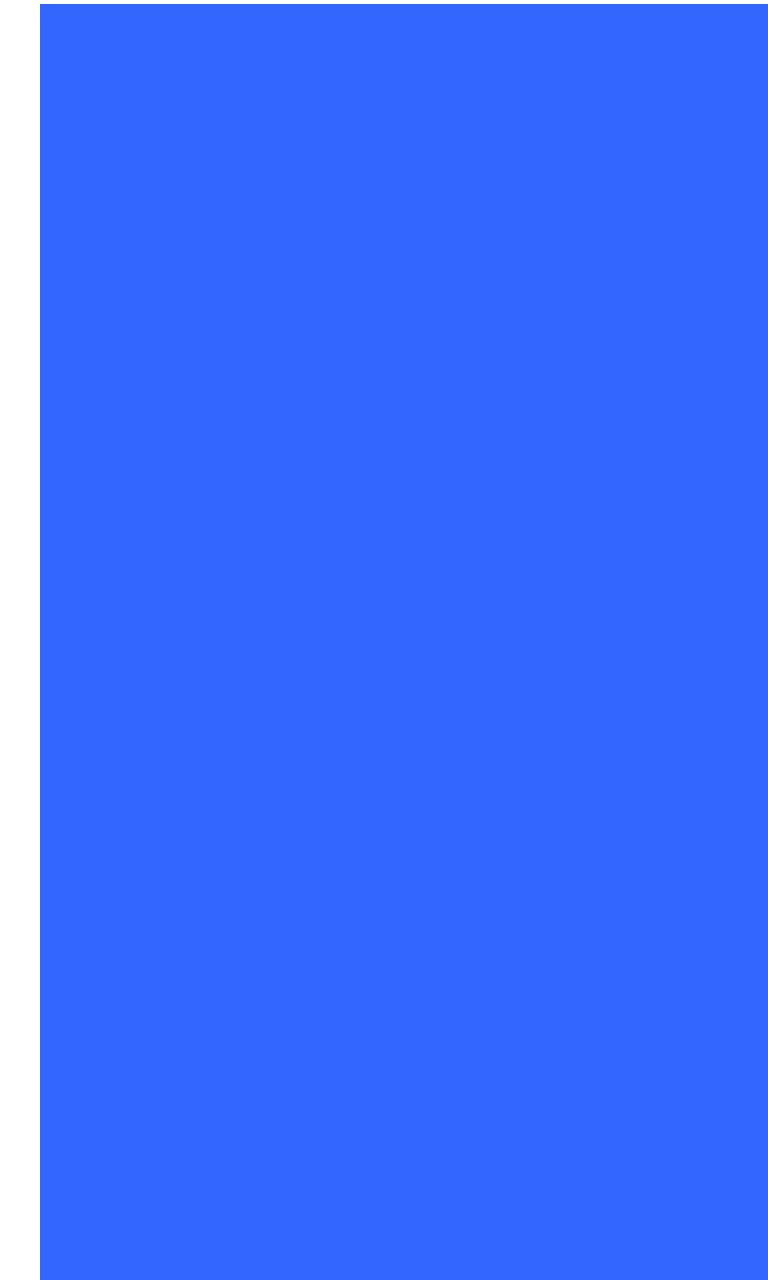
Repository: harishkumar93/harish_AndroidTraining2014
Layout: IndianSquad/res/layout/team.xml
An editor plug-in stored every save of this project. The layout is shown before and after the next save, followed by the edit.
It is drawn on a 768 x 1280 px phone screen (xhdpi) without system bars, with theme AppTheme; the app's code is not run.

Above is the layout before, as saved 2014-09-09 11:44:44.

After the next save:
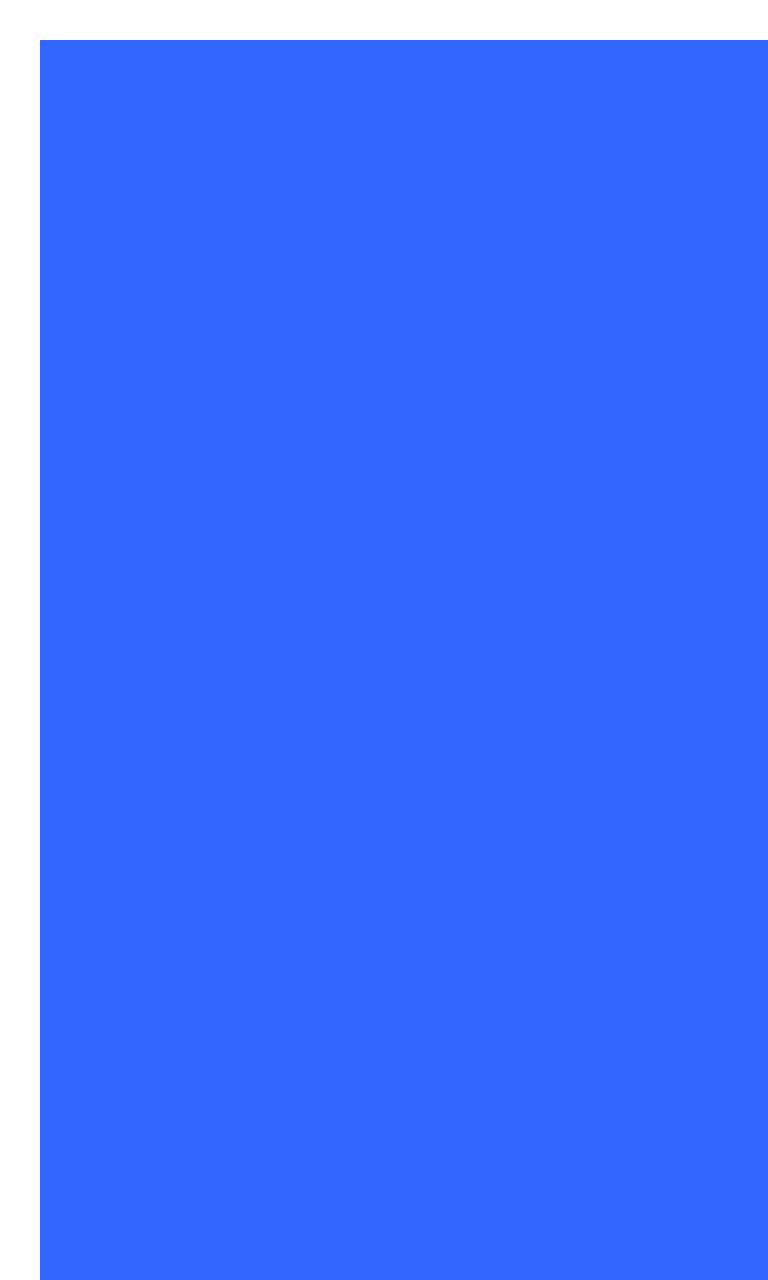
Saved 5 s later.
--- a/IndianSquad/res/layout/team.xml
+++ b/IndianSquad/res/layout/team.xml
@@ -11,7 +11,7 @@
         android:background="#3366FF"
         android:textColor="#ffffff"
         android:layout_marginLeft="20dp"
-        android:layout_marginTop="2dp"
+        android:layout_marginTop="20dp"
         />
 
 </LinearLayout>
